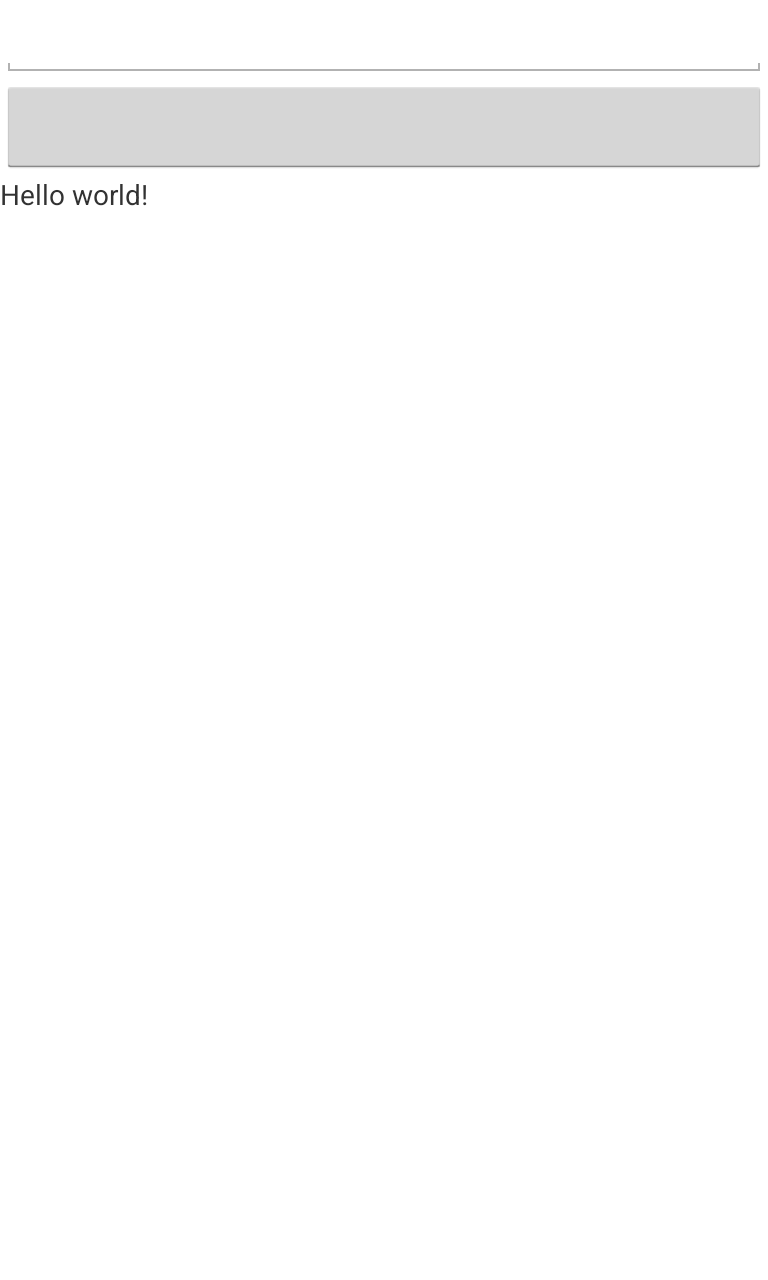
Repository: lafengmaker/androidlearn
Layout: Activity_03/res/layout/linearlayoutmain.xml
These files come from the project's save history. The layout is drawn as it stood at one moment and after the next save; the edit follows.
It is drawn on a 768 x 1280 px phone screen (xhdpi) without system bars, with theme AppTheme; the app's code is not run.

Above is the layout before, as saved 2013-09-23 13:30:14.

### Activity_03/res/layout/linearlayoutmain.xml
<?xml version="1.0" encoding="utf-8"?>
<LinearLayout xmlns:android="http://schemas.android.com/apk/res/android"
    android:layout_width="match_parent"
    android:layout_height="match_parent"
    android:orientation="vertical" >
     <EditText
        android:inputType="numberDecimal"
        android:id="@+id/param1"
        android:layout_width="fill_parent"
        android:layout_height="wrap_content"
       />"
	<Button
	    android:id="@+id/myButton"
	    android:layout_width="fill_parent"
	    android:layout_height="wrap_content"/>
	 <TextView
        android:id="@+id/mytestView"
        android:layout_width="fill_parent"
        android:layout_height="wrap_content"
        android:text="@string/hello_world" />

</LinearLayout>

### Activity_03/res/values/strings.xml
<?xml version="1.0" encoding="utf-8"?>
<resources>

    <string name="app_name">Activity_01</string>
    <string name="action_settings">Settings</string>
    <string name="hello_world">Hello world!</string>
	<string name="textview">我的一个textview</string>
	<string name="buttontext">我的一\n个按钮</string>
	<string name="othertext">这是一个其他的Activity</string>
	<string name="otherbuttontext">发送短信按钮！！！</string>
</resources>

Loaded but not shown: Activity_03/res/values/styles.xml (common file); Activity_03/res/values-v11/styles.xml (common file); Activity_03/res/values-v14/styles.xml (common file)

After the next save:
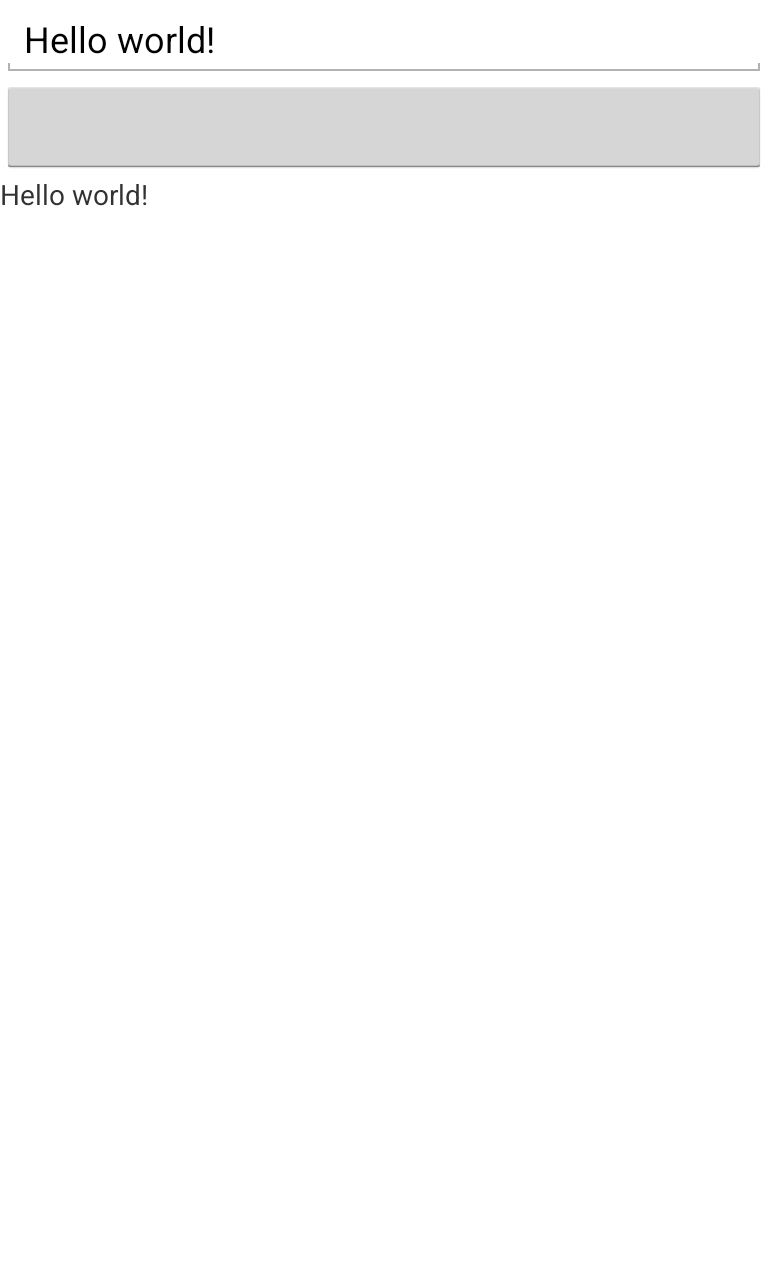
Saved 15 s later.
--- a/Activity_03/res/layout/linearlayoutmain.xml
+++ b/Activity_03/res/layout/linearlayoutmain.xml
@@ -8,7 +8,7 @@
         android:id="@+id/param1"
         android:layout_width="fill_parent"
         android:layout_height="wrap_content"
-       />"
+        android:text="@string/hello_world" />
 	<Button
 	    android:id="@+id/myButton"
 	    android:layout_width="fill_parent"

After the save that followed:
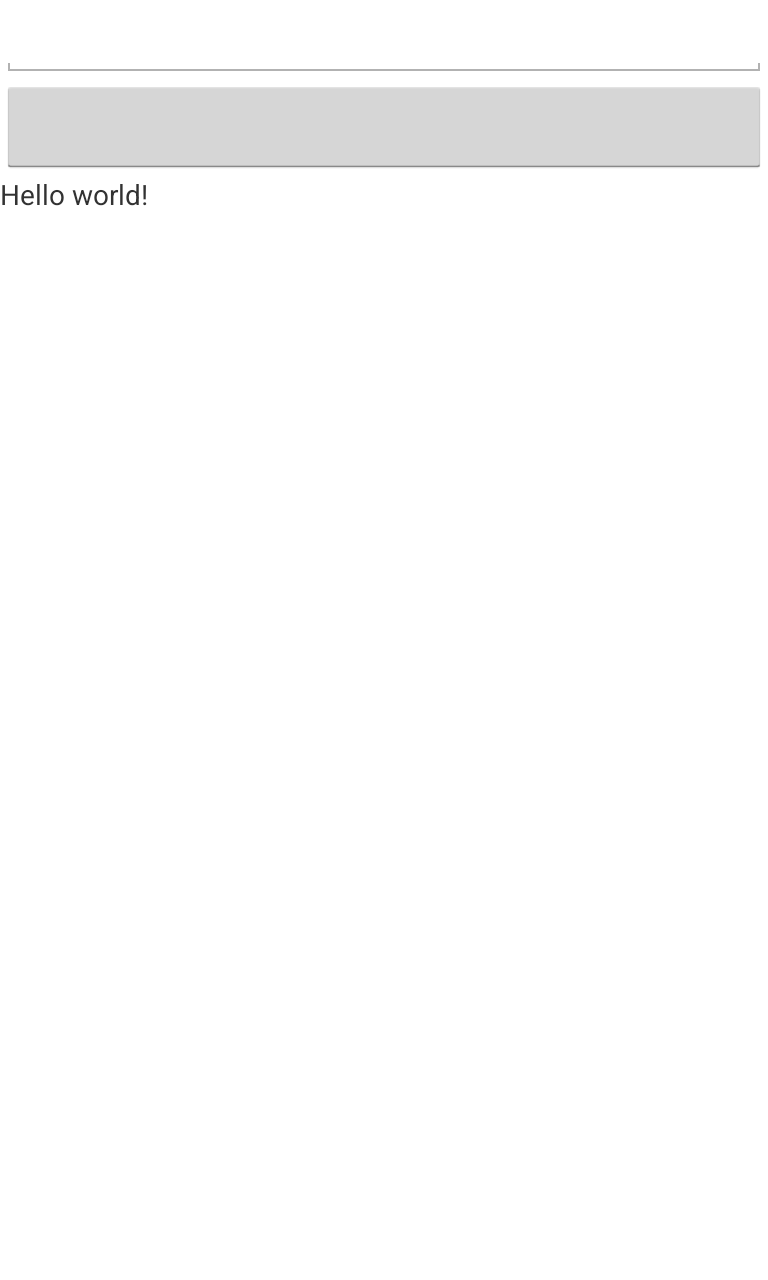
Saved 8 s later.
--- a/Activity_03/res/layout/linearlayoutmain.xml
+++ b/Activity_03/res/layout/linearlayoutmain.xml
@@ -8,7 +8,7 @@
         android:id="@+id/param1"
         android:layout_width="fill_parent"
         android:layout_height="wrap_content"
-        android:text="@string/hello_world" />
+        />
 	<Button
 	    android:id="@+id/myButton"
 	    android:layout_width="fill_parent"
